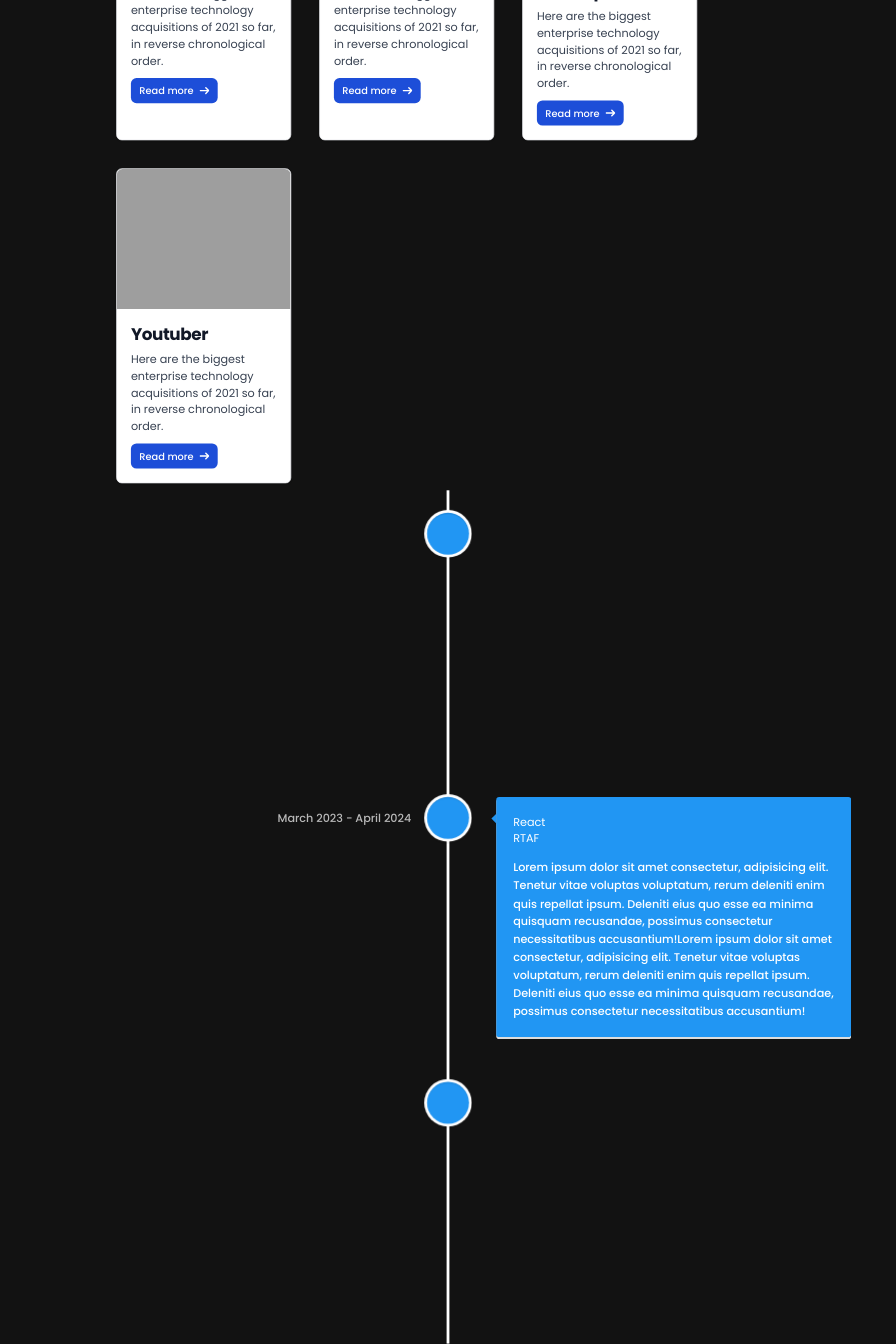
Repository: supakorn5039-boon/React-f
Page: /
The author's editor kept a copy of each file at every save. The page is drawn from the files as they stood at one save, then again after a run of saves.
The browser window is 1280 px wide. The pictures show the part of the page from y = 1368 to 3288 px (the page is 3288 px tall before and 2597 px after), at 70% of full size.
Pictures or frames that could not be fetched are drawn as grey boxes. The project was rebuilt for these pictures with package versions that can differ from the ones it lists, and the page was loaded fresh each time. Also part of the build but not shown: vite.config.js.

Above is the page before, as saved 2024-01-09 22:38:22.

After the next 2 saves:
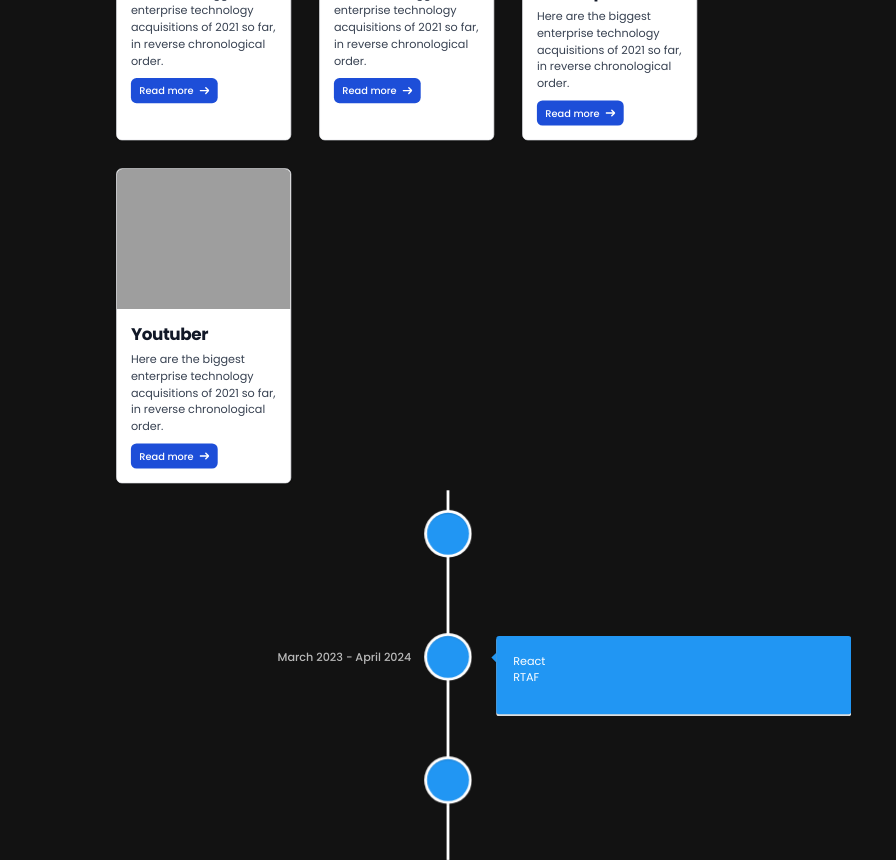
The 2 saves are shown as one change because they came seconds apart.
The last was saved 12 s later.
--- a/src/components/Experience.jsx
+++ b/src/components/Experience.jsx
@@ -20,7 +20,11 @@
       <h4 className="vertical-timeline-element-subtitle">
         {item.company_name}
       </h4>
-      <p>{item.points}</p>
+      <p>
+        <ul>
+
+        </ul>
+      </p>
     </VerticalTimelineElement>
   );
 };

After the 3 saves that followed:
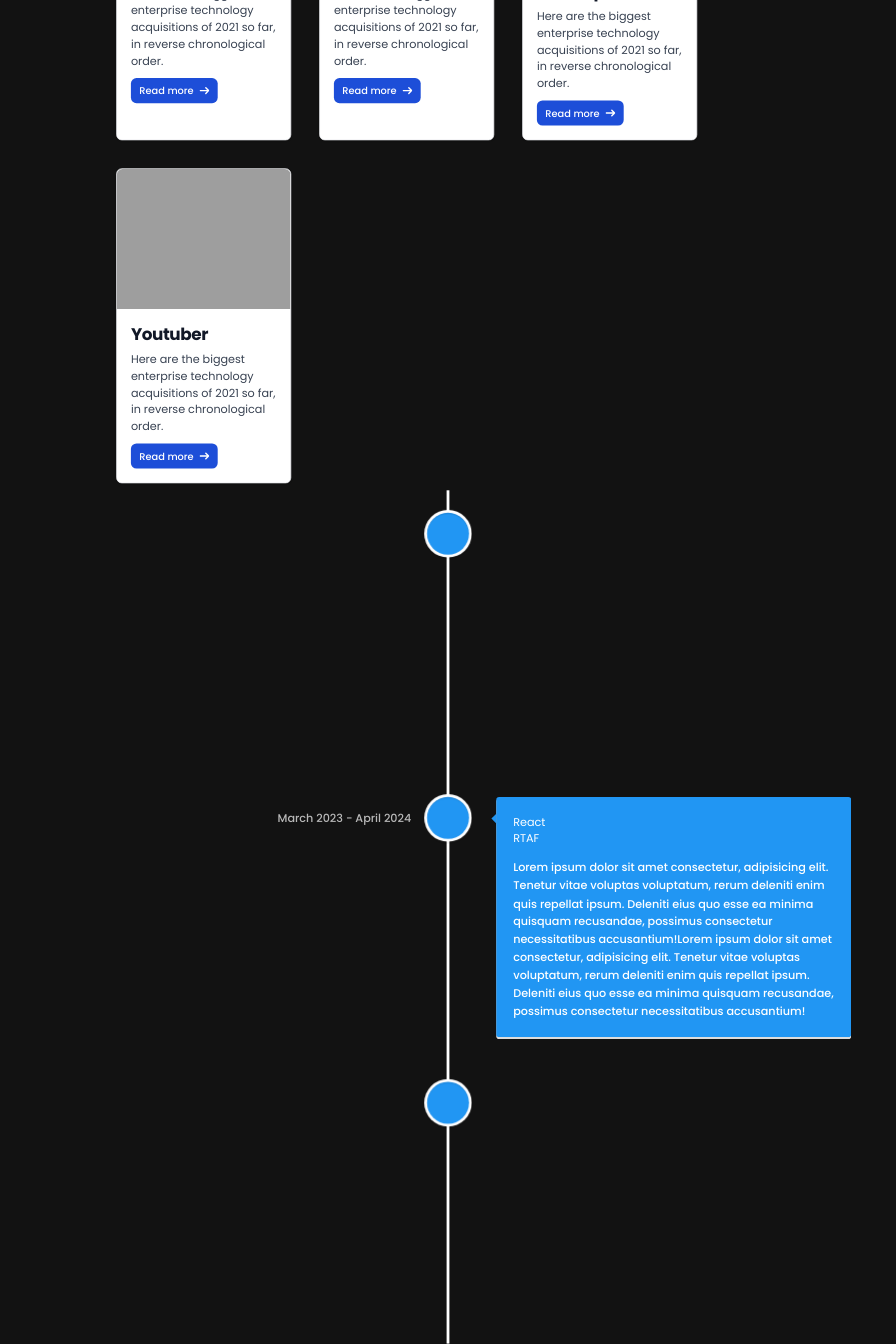
The 3 saves are shown as one change because 1 did not build or start and some came seconds apart.
The last was saved 12 s later.
--- a/src/components/Experience.jsx
+++ b/src/components/Experience.jsx
@@ -22,7 +22,7 @@
       </h4>
       <p>
         <ul>
-
+          {item.points}
         </ul>
       </p>
     </VerticalTimelineElement>
